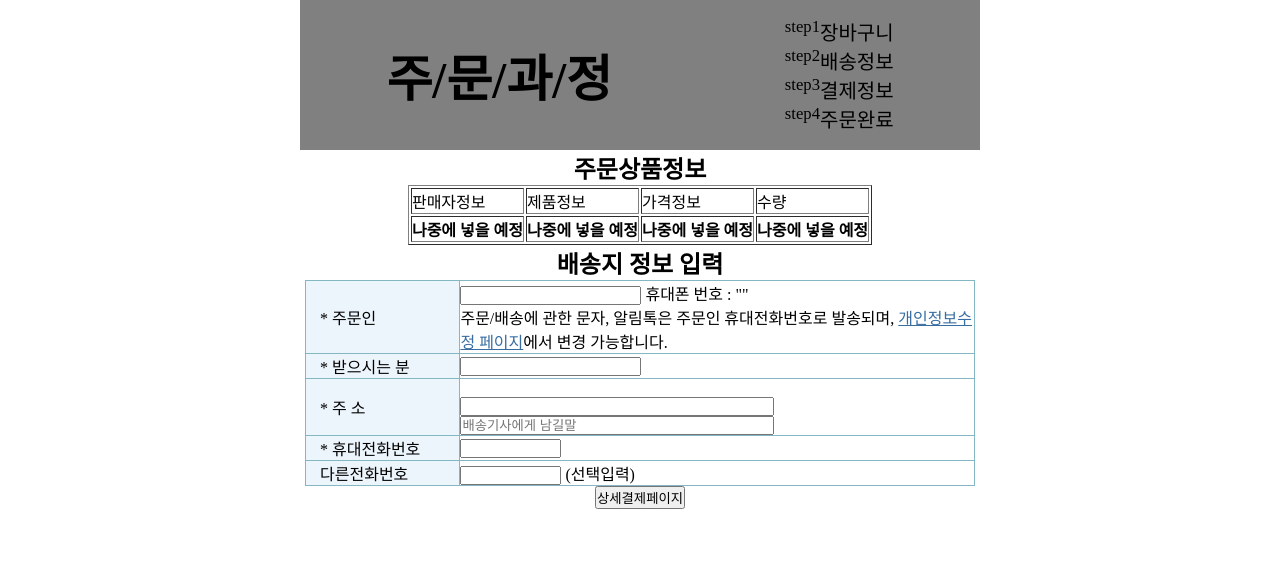
Repository: kym-1000/book
Page: http://localhost/book/WEB-INF/views/cart/ShippingInformation.jsp
An editor plug-in stored every save of this project. The page is shown before and after the next save, followed by the edit.
The browser window is 1280 px wide. The pictures show the whole page.
The page is served by Tomcat 9. Nobody is signed in. The template is opened directly, without the code that normally fills it, so the values that code supplies are empty.

Above is the page before, as saved 2023-01-03 08:51:29.

After the next save:
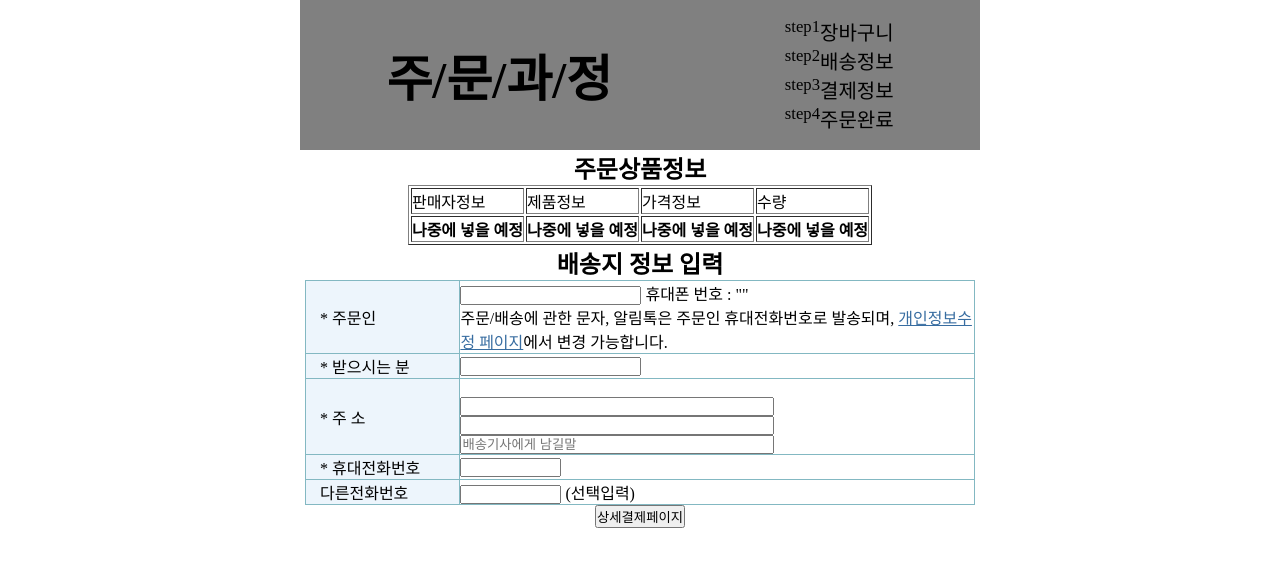
Saved 32 s later.
--- a/book/book/src/main/webapp/WEB-INF/views/cart/ShippingInformation.jsp
+++ b/book/book/src/main/webapp/WEB-INF/views/cart/ShippingInformation.jsp
@@ -101,7 +101,8 @@
 					<td bgcolor="#edf5fc" style="padding-left:14px; text-align: left; width: 23%"><span class="warning">*</span>
 						주 소</td>
 					<td bgcolor="#ffffff">
-
+							<br>
+							<input type="text" id="Address1" name="Address1" class="form" style="width:310px" maxlength="100" readonly="readonly" value="${mvo.mem_ad}">
 							<br>
 							<input type="text" id="Address1" name="Address1" class="form" style="width:310px" maxlength="100" readonly="readonly" value="${mvo.mem_ad}">
 							<br>
